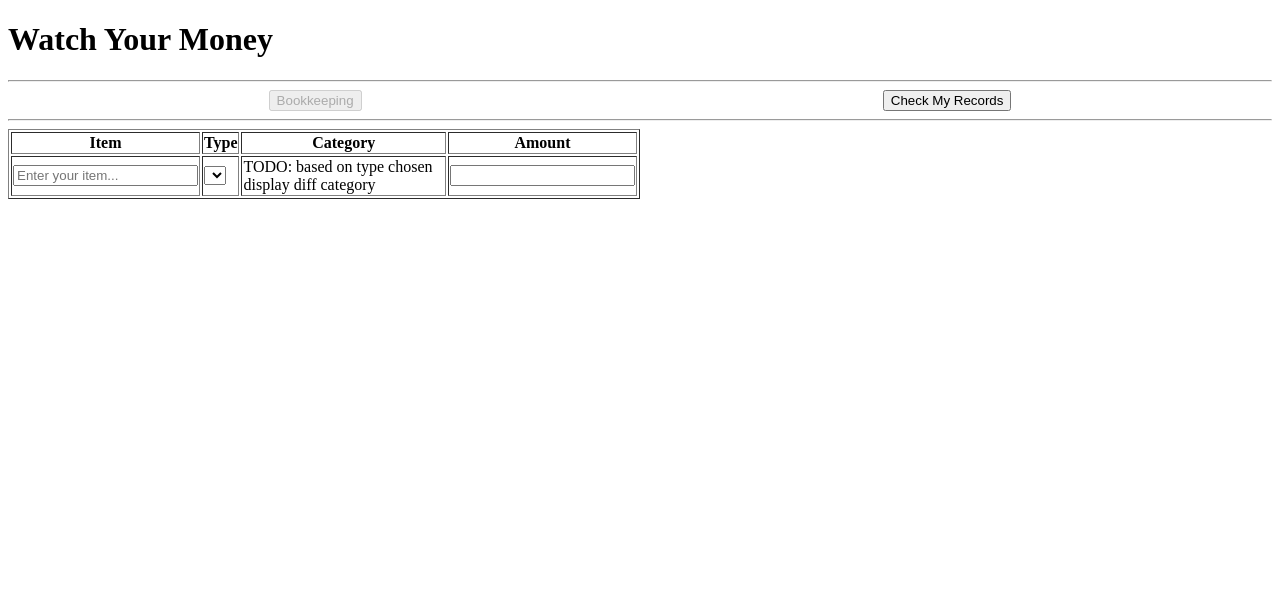
Repository: chelsea9869/Hackathon-TNT
Page: http://localhost/app/watch_your_money.php
An editor plug-in stored every save of this project. The page is shown before and after the next save, followed by the edit.
The browser window is 1280 px wide. The pictures show the whole page.
The page is run by PHP 8.4 with error messages shown; the project is at /var/www/html/.

Above is the page before, as saved 2020-09-05 12:24:25.

### app/watch_your_money.php
<?php
require_once 'include/bookkeeping-dropdown.php';
?>
<!DOCTYPE html>
<html lang="en">
<head>
    <meta charset="UTF-8">
    <meta name="viewport" content="width=device-width, initial-scale=1.0">
    <title>Watch Your Money</title>
</head>
<body>
    <h1>Watch Your Money</h1>
    <hr>
    <div id='function' style='display: flex;justify-content: space-around;'>
        <div id='bookkeeping-button'>
            <button disabled="disabled">Bookkeeping</button>
        </div>
        <div id='check-records-button'>
            <button>Check My Records</button>
        </div>
    </div>
    <hr>
    <div id='main-content'>
        <div id='bookkeeping'>
        <form name='bookkeeping-form' action="post">
            <table id='bookkeeping-form-table' border="1px" width='50%'>
                    <thead>
                        <tr>
                            <th>Item</th>
                            <th>Type</th>
                            <th>Category</th>
                            <th>Amount</th>
                        </tr>
                    </thead>
                    <tbody>
                        <tr>
                            <td><input type="text" name="item[]" placeholder="Enter your item..."></td>
                            <td><?=$type_dropdown?></td>
                            <td>TODO: based on type chosen display diff category</td>
                            <td><input type='number' name='amount[]'></td>
                        </tr>
                    </tbody>
                </table>
            </form>
        </div>
    </div>
</body>
</html>

### app/include/bookkeeping-dropdown.php
<?php
$csv_path = 'data/bookkeeping-category.csv';
$category = @fopen($csv_path,'r');

$type_dropdown= "<select id='bookkeeping-type' name='type'>";
$income_dropdown="<select id='bookkeeping-income' name='category'>";
$expense_dropdown="<select id='bookkeeping-expense' name='category'>";


while (($data = fgetcsv($category)) !== FALSE) {
    if($data[0] =='income'){
        $income_dropdown .= "<option value={$data[1]}>{$data[1]}</option>";
    }else{
        $expense_dropdown .= "<option value={$data[1]}>{$data[1]}</option>";
    }
}

$type_dropdown .= "</select>";
$income_dropdown  .= "</select>";
$expense_dropdown .= "</select>";
?>

### app/data/bookkeeping-category.csv
type,category
income,salary
income,allowance
income,investment
income,interest
income,others
expense,food
expense,grocery
expense,shopping
expense,transportation
expense,sports
expense,communication
expense,fashion
expense,travel
expense,healthcare
expense,entertainment
expense,utility
expense,rent
expense,study
expense,digital

After the next save:
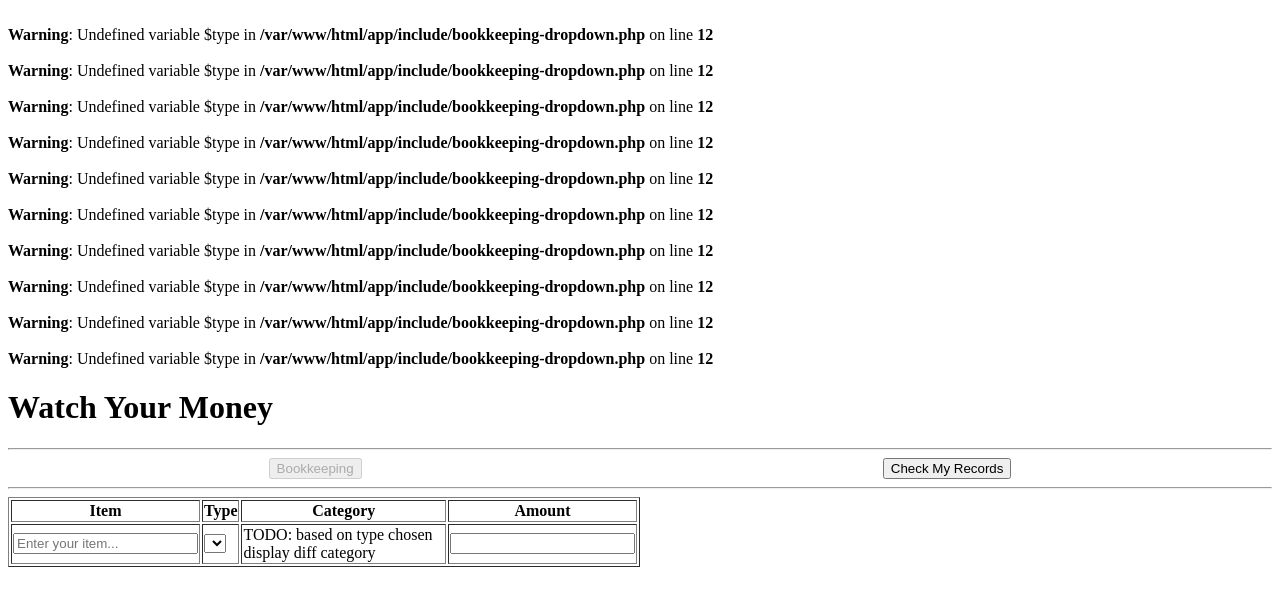
Saved 10 s later.
--- a/app/include/bookkeeping-dropdown.php
+++ b/app/include/bookkeeping-dropdown.php
@@ -9,6 +9,7 @@
 
 while (($data = fgetcsv($category)) !== FALSE) {
     if($data[0] =='income'){
+        $type_dropdown .= "<option value=$type>$type</option>";
         $income_dropdown .= "<option value={$data[1]}>{$data[1]}</option>";
     }else{
         $expense_dropdown .= "<option value={$data[1]}>{$data[1]}</option>";

After the 4 saves that followed:
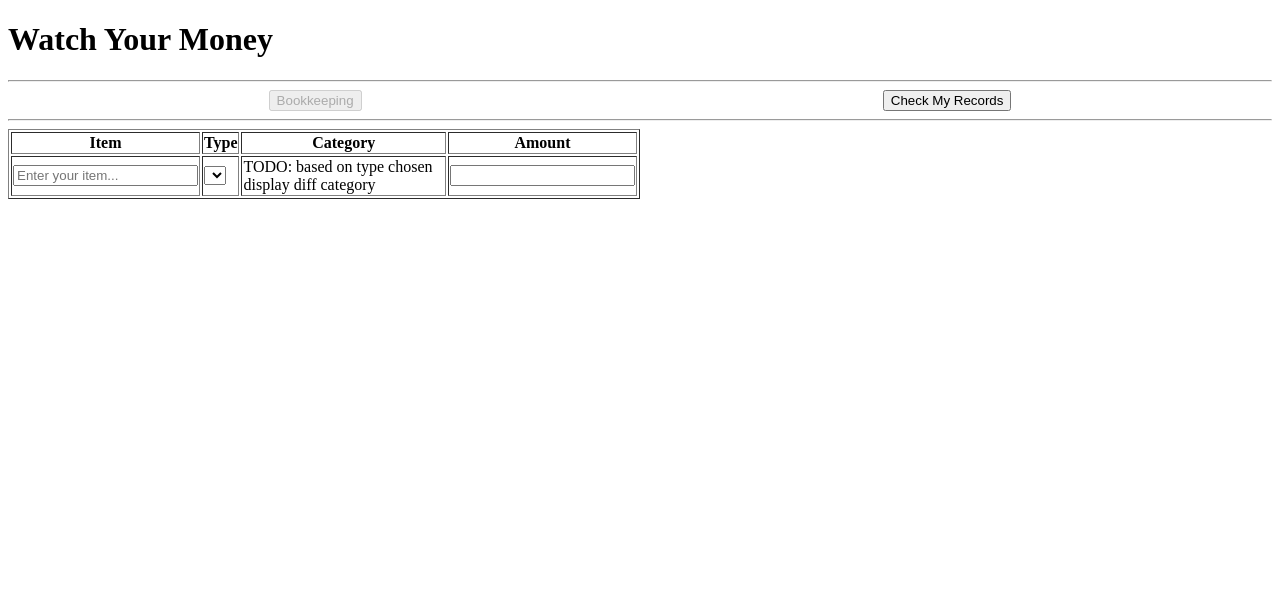
The 4 saves are shown as one change because they came seconds apart.
The last was saved 8 s later.
--- a/app/include/bookkeeping-dropdown.php
+++ b/app/include/bookkeeping-dropdown.php
@@ -9,7 +9,6 @@
 
 while (($data = fgetcsv($category)) !== FALSE) {
     if($data[0] =='income'){
-        $type_dropdown .= "<option value=$type>$type</option>";
         $income_dropdown .= "<option value={$data[1]}>{$data[1]}</option>";
     }else{
         $expense_dropdown .= "<option value={$data[1]}>{$data[1]}</option>";
